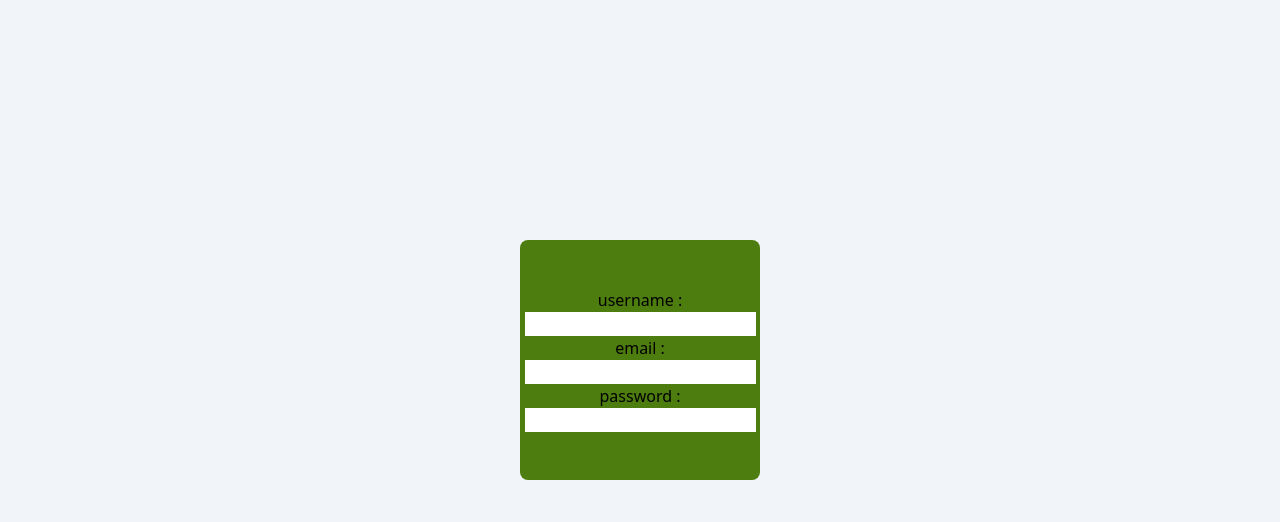
Repository: Emy-gold/alx-fe-reactjs
Page: / (app in form-handling-react/)
These files come from the project's save history. The page is drawn as it stood at one moment and after the next save; the edit follows.
The browser window is 1280 px wide. The pictures show the whole page.
The project was rebuilt for these pictures with package versions that can differ from the ones it lists, and the page was loaded fresh each time. Also part of the build but not shown: form-handling-react/vite.config.js.

Above is the page before, as saved 2025-08-22 21:26:03.

### form-handling-react/src/App.jsx
import React from 'react';
import RegistrationForm from './components/RegistrationForm';

function App() {
  return (
    <>
      <RegistrationForm />
    </>
  )
}

export default App

### form-handling-react/src/components/RegistrationForm.jsx
import React from 'react';
import { useState } from 'react';

function RegistrationForm() {

    const [formData, setFormData] = useState({ username: '', email: '', password: '' });

    const handleChange = (e) => {
        const { name, value } = e.target;
        setFormData(prevState => ({ ...prevState, [name]: value }));
    }

    const handleSubmit = (e) => {
        e.preventDefault();
        console.log(formData);
    }

    return (
        <div className='flex w-full mx-auto h-screen justify-center items-center bg-slate-100'>
            <form onSubmit={handleSubmit} className='flex flex-col justify-center items-center bg-lime-700 w-60 h-60 rounded-lg'>
                <label>username :</label>
                <input
                    type="text"
                    name="username"
                    value={formData.name}
                    onChange={handleChange}
                />
                <label>email :</label>
                <input
                    type="email"
                    name="email"
                    value={formData.email}
                    onChange={handleChange}
                />
                <label>password :</label>
                <input
                    type="password"
                    name="password"
                    value={formData.password}
                    onChange={handleChange}
                />
            </form>
        </div>
    )
}

export default RegistrationForm

Loaded but not shown: form-handling-react/index.html (common file); form-handling-react/src/main.jsx (common file); form-handling-react/src/index.css (common file); form-handling-react/tailwind.config.js (common file)

After the next save:
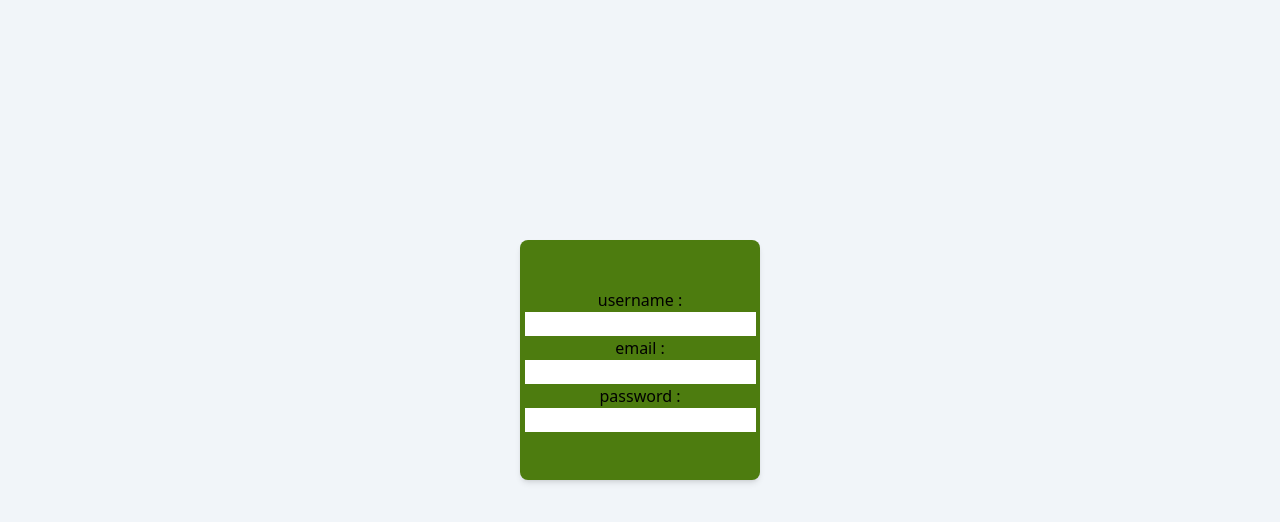
Saved 8 s later.
--- a/form-handling-react/src/components/RegistrationForm.jsx
+++ b/form-handling-react/src/components/RegistrationForm.jsx
@@ -17,7 +17,7 @@ function RegistrationForm() {
 
     return (
         <div className='flex w-full mx-auto h-screen justify-center items-center bg-slate-100'>
-            <form onSubmit={handleSubmit} className='flex flex-col justify-center items-center bg-lime-700 w-60 h-60 rounded-lg'>
+            <form onSubmit={handleSubmit} className='flex flex-col justify-center items-center bg-lime-700 w-60 h-60 rounded-lg shadow-md'>
                 <label>username :</label>
                 <input
                     type="text"
